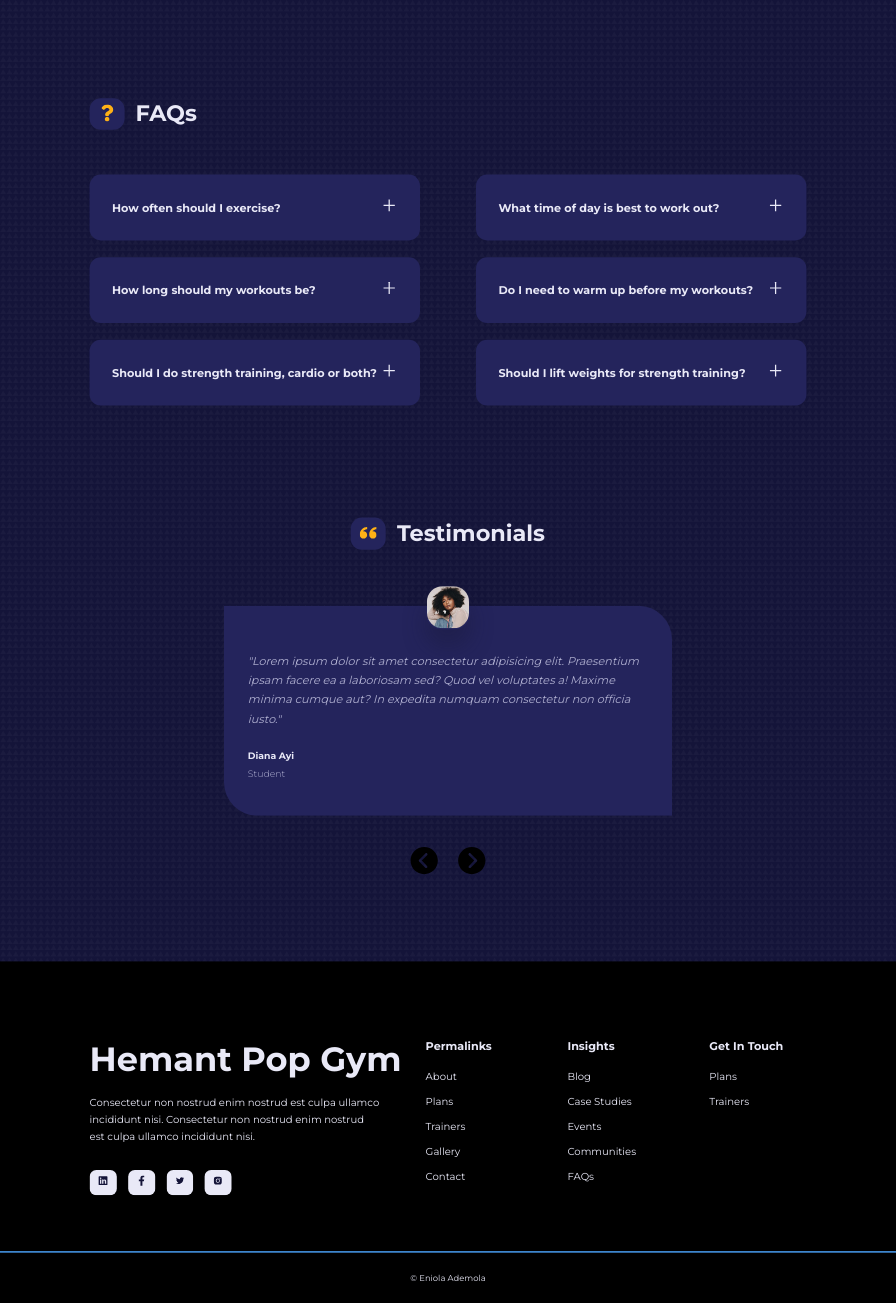
Repository: aryaMode/gym-portfolio
Page: /
These files come from the project's save history. The page is drawn as it stood at one moment and after the next save; the edit follows.
The browser window is 1280 px wide. The pictures show the part of the page from y = 2098 to 4018 px (the page is 3960 px tall before and 4018 px after), at 70% of full size.
The project was rebuilt for these pictures with package versions that can differ from the ones it lists, and the page was loaded fresh each time. Also part of the build but not shown: src/pages/about/about.css, src/components/Header.jsx, src/pages/about/About.jsx, src/pages/contact/contact.css, src/pages/contact/Contact.jsx, src/pages/gallery/gallery.css, src/pages/gallery/Gallery.jsx, src/pages/notFound/notFound.css and 6 more.

Above is the page before, as saved 2023-07-20 16:10:02.

After the next save:
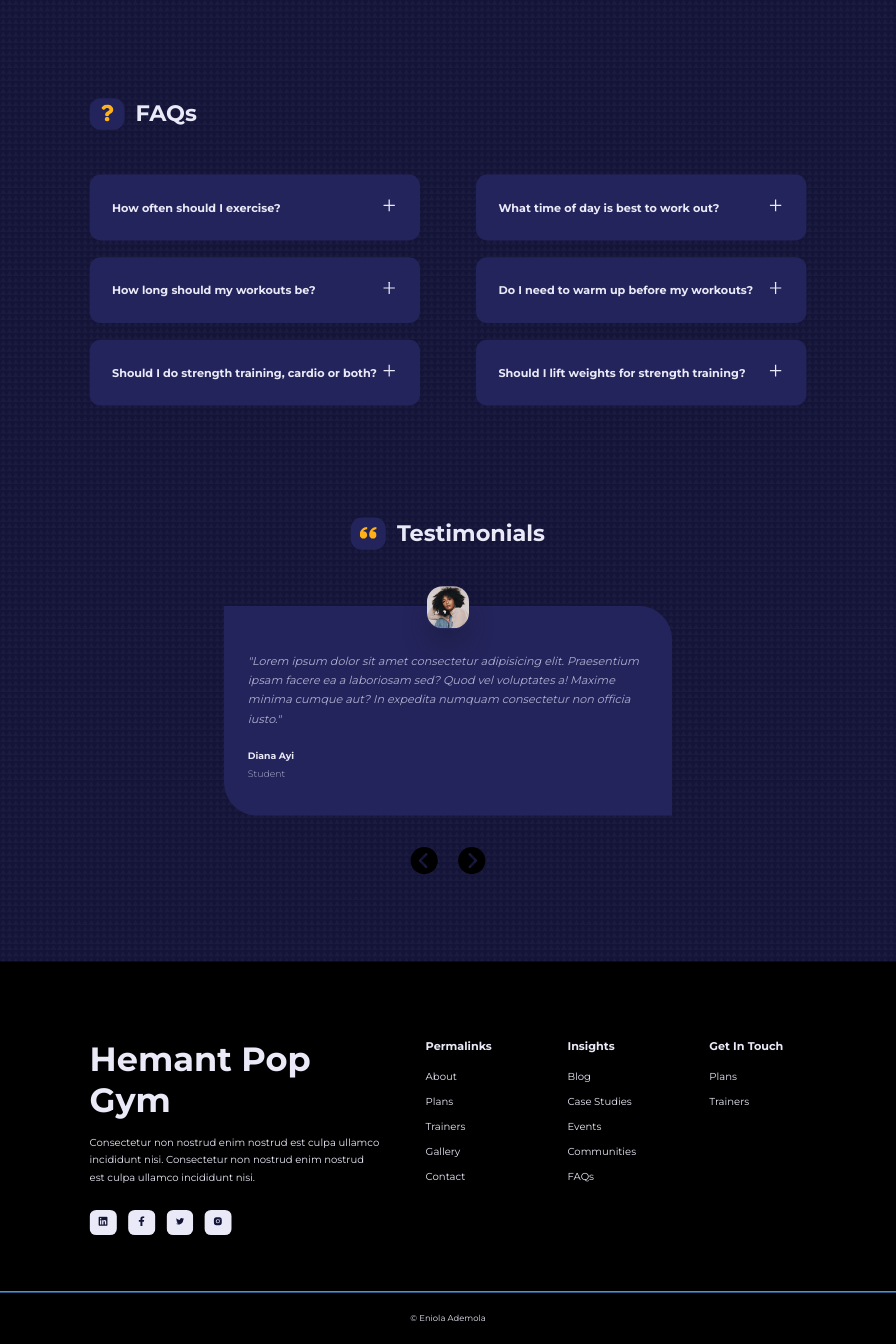
Saved 12 s later.
--- a/src/components/navbar.css
+++ b/src/components/navbar.css
@@ -25,7 +25,7 @@
 }
 
 .logo{
-    width: 50vw;
+    width: ;
     display: block;
 }
 

After the 3 saves that followed:
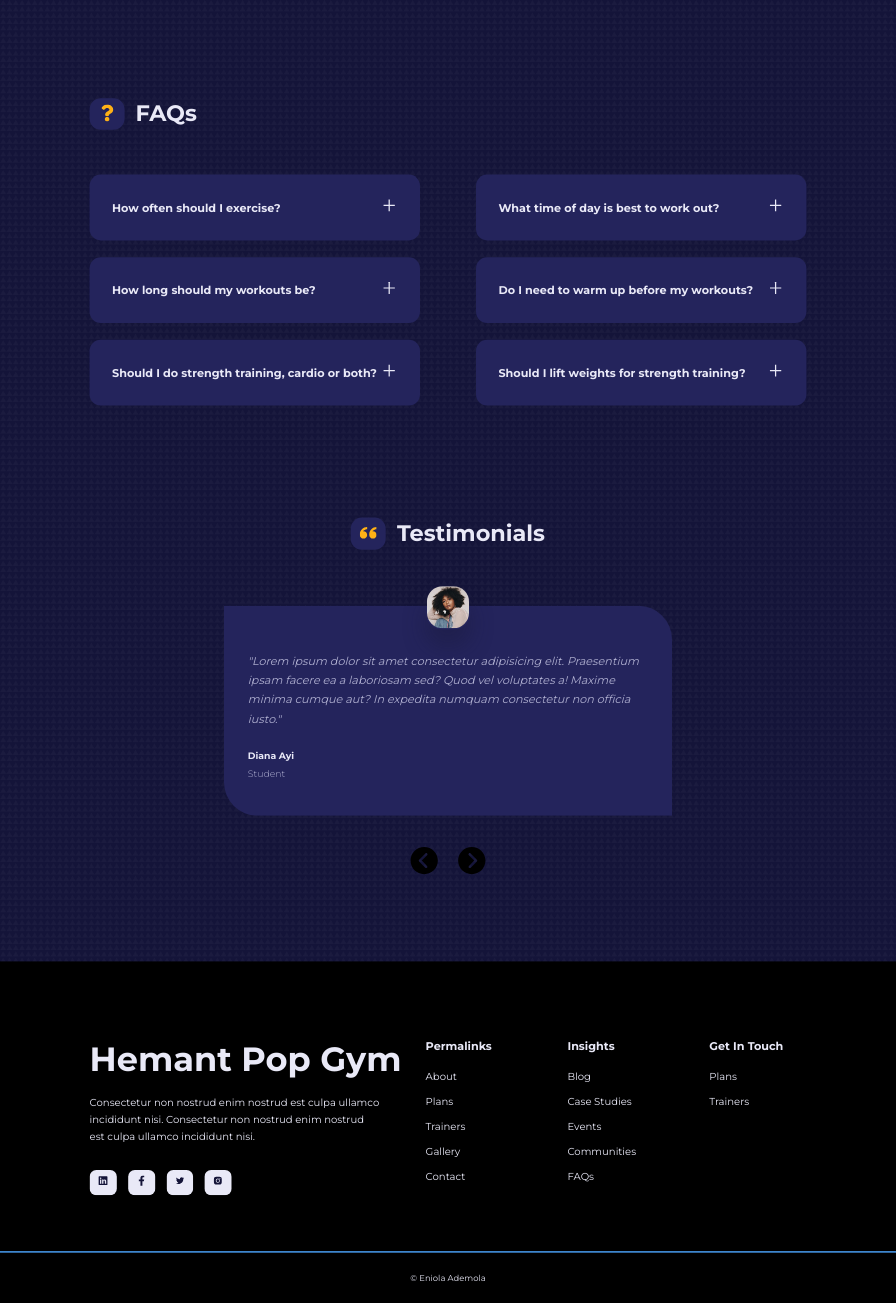
The 3 saves are shown as one change because 2 left the picture as it was.
The last was saved 18 s later.
--- a/src/components/navbar.css
+++ b/src/components/navbar.css
@@ -25,7 +25,7 @@
 }
 
 .logo{
-    width: ;
+    width: 50vw;
     display: block;
 }
 
